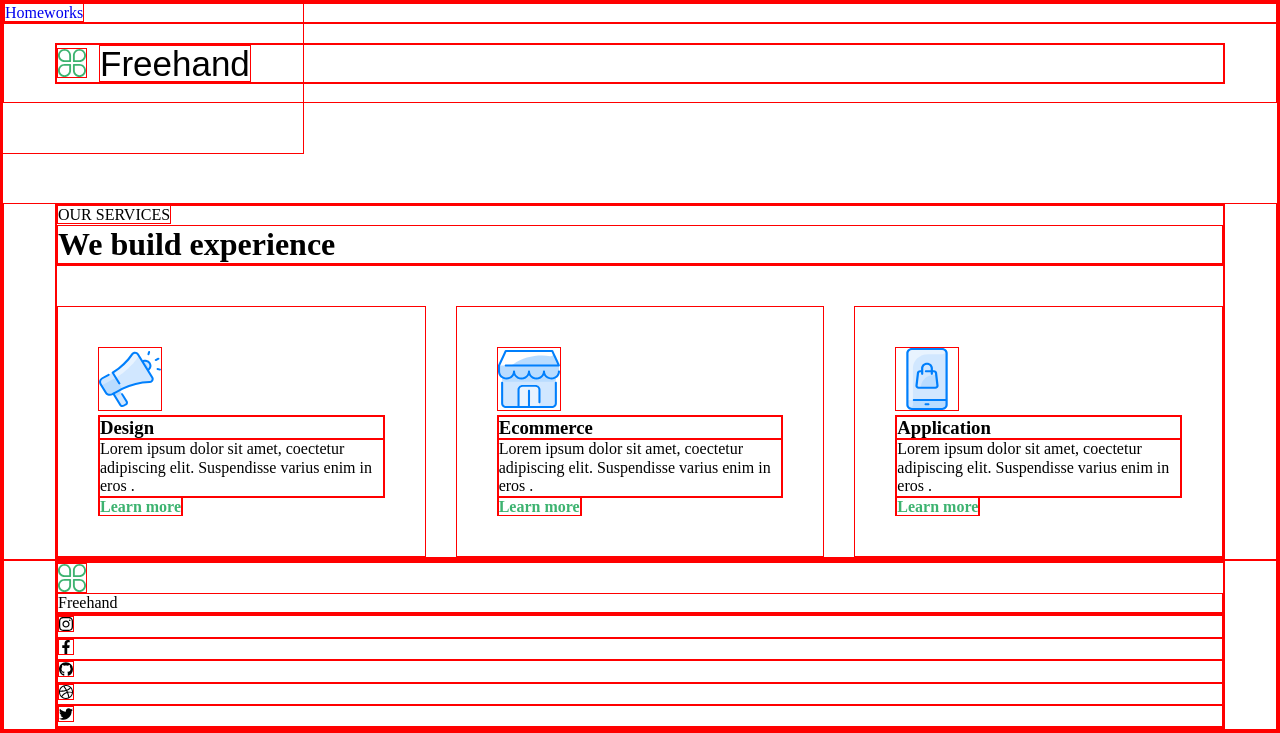
Repository: Tsiniavska/beetroot-test-project
Page: Homeworks/svg/index.html
An editor plug-in stored every save of this project. The page is shown before and after the next save, followed by the edit.
The browser window is 1280 px wide. The pictures show the whole page.
Some web fonts or font styles are not loaded; a fallback is used.

Above is the page before, as saved 2024-02-28 22:21:46.

After the next save:
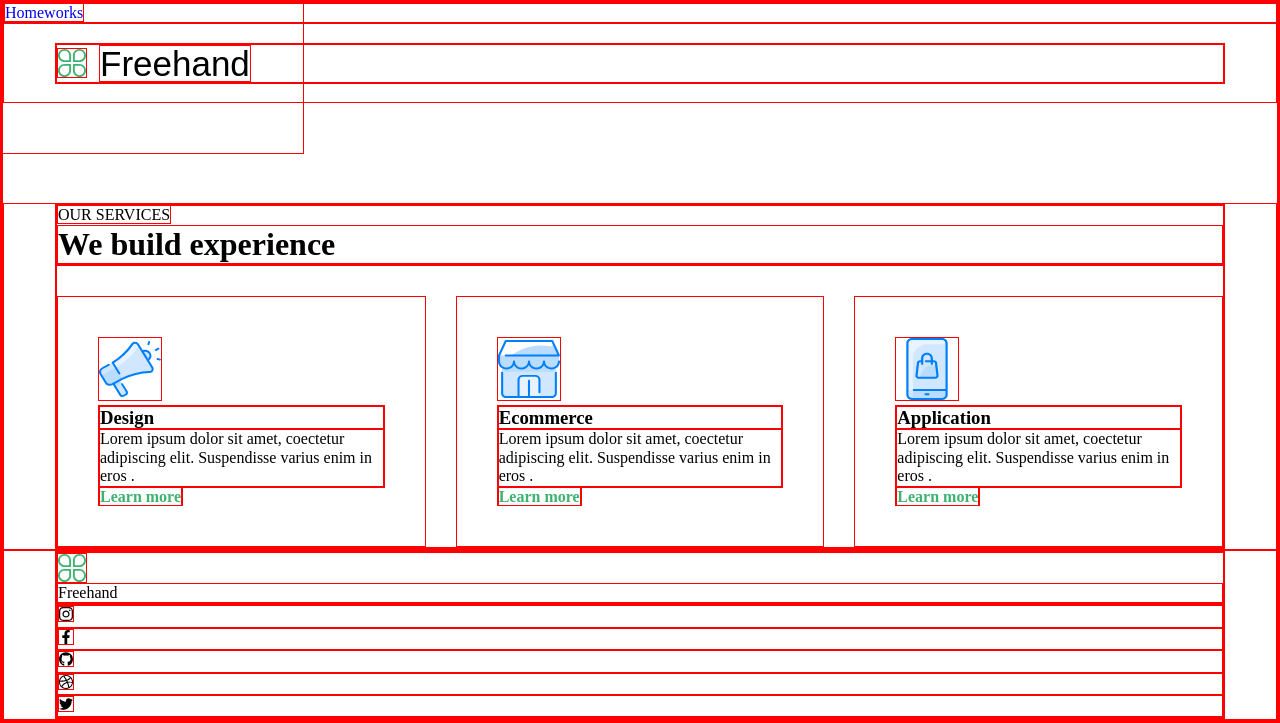
Saved 18 s later.
--- a/Homeworks/svg/index.css
+++ b/Homeworks/svg/index.css
@@ -46,7 +46,7 @@
 
 .content-blocks-item {
   padding: 40px;
-  margin-top: 40px;
+  margin-top: 30px;
 }
 
 .icon-content {
